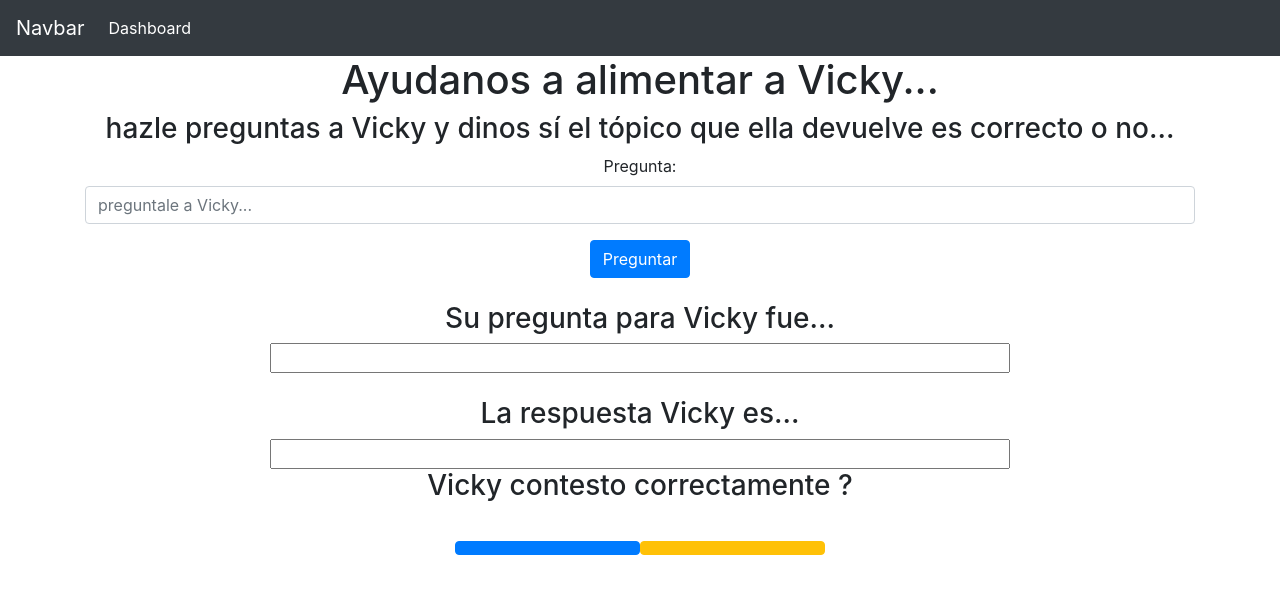
Repository: Crixtiancub/feedback_Vicky
Page: vicky/templates/dashboard.html
These files come from the project's save history. The page is drawn as it stood at one moment and after the next save; the edit follows.
The browser window is 1280 px wide. The pictures show the whole page.
The page is served by the project's application, run on Django 3.2 (manage.py). Other server files are loaded and not shown. The template is opened directly, without the code that normally fills it, so the values that code supplies are empty.

Above is the page before, as saved 2021-05-13 07:06:11.

### vicky/templates/dashboard.html
{% extends 'main.html' %}

{% block content %}

<div id="form_vicky" class="container text-center">

    <h1>Ayudanos a alimentar a Vicky...</h1>

    <h3>hazle {{ num_visits }} {%if num_visits == 1%} pregunta{% else %}
        preguntas{% endif %}  a Vicky y dinos sí el tópico que ella
        devuelve es correcto o no...</h3>

    <form id="preguntar_Vicky" action="{% url 'home' %}" method="POST">
        {% csrf_token%}

        <div class="form-group">
            <label for="txt_pregunta_Vicky">Pregunta:</label><br>

            <input type="text" id="txt_pregunta_Vicky"
            name="pregunta_Vicky" v-model="pregunta" class="col-sm form-control"
            placeholder="preguntale a Vicky..." required>
        </div>

        <button id="preguntar" class="btn btn-primary" type="submit">Preguntar</button>
    </form>

    <br>

    <div id="Vicky_Respuesta">

        <form action="{% url 'home' %}" method="POST">
            {% csrf_token%}

            <h3>Su pregunta para Vicky fue...</h3>
            <input type="text" aling="center" class="col-sm-8"
            readonly name="retorno_Pregunta" value="{{ pregunta }}" >
            <br>
            <br>

            <h3>La respuesta Vicky es...</h3>
            <input type="text" aling="center" class="col-sm-8"
            readonly name="retorno_Respuesta" value="{{ respuesta }}">
            <br>

            <h3>Vicky contesto correctamente ?</h3>
            <br>

            <button type="submit" class="col-sm-2 btn btn-primary"
            id="responder_Si" value="Si" name="Si">
            <button type="submit" class="col-sm-2 btn btn-warning"
            id="responder_No" value="No" name="No">
        </form>

    </div>

</div>

<script>

    function Hide() {
        if(document.getElementById("Vicky_Respuesta").style.display) {
            document.getElementById("Vicky_Respuesta").style.display = "none";
        } else {
            document.getElementById("Vicky_Respuesta").style.display = "";
        }
    }

    window.onload = function() {
        document.getElementById("Vicky_Respuesta").onchange = Hide;
    };

</script>

{% endblock %}

### vicky/templates/main.html
<!DOCTYPE html>
 <!-- Latest compiled and minified CSS -->
 <link rel="stylesheet" href="https://maxcdn.bootstrapcdn.com/bootstrap/4.5.2/css/bootstrap.min.css">

 <!-- jQuery library -->
 <script src="https://ajax.googleapis.com/ajax/libs/jquery/3.5.1/jquery.min.js"></script>

 <!-- Popper JS -->
 <script src="https://cdnjs.cloudflare.com/ajax/libs/popper.js/1.16.0/umd/popper.min.js"></script>

 <!-- Latest compiled JavaScript -->
 <script src="https://maxcdn.bootstrapcdn.com/bootstrap/4.5.2/js/bootstrap.min.js"></script>

<!-- versión de desarrollo, incluye advertencias de ayuda en la consola -->
<script src="https://unpkg.com/vue"></script>

<html>
    <head>
        <title>
            Prueba1
        </title>
    </head>
    <body>
        {% include 'navbar.html' %}

        {% block content %}

        {% endblock %}
    </body>
</html>

### vicky/templates/navbar.html
 <nav class="navbar navbar-expand-lg navbar-dark bg-dark">
    <a class="navbar-brand" href="#">Navbar</a>
    <button class="navbar-toggler" type="button" data-toggle="collapse" data-target="#navbarSupportedContent" aria-controls="navbarSupportedContent" aria-expanded="false" aria-label="Toggle navigation">
      <span class="navbar-toggler-icon"></span>
    </button>

    <div class="collapse navbar-collapse" id="navbarSupportedContent">
      <ul class="navbar-nav mr-auto">
        <li class="nav-item active">
          <a class="nav-link" href="{% url 'home' %}" disabled="true">Dashboard</a>
        </li>
        <!-- <li class="nav-item dropdown">
          <a class="nav-link dropdown-toggle" href="#" id="navbarDropdown" role="button" data-toggle="dropdown" aria-haspopup="true" aria-expanded="false">
            Dropdown
          </a>
          <div class="dropdown-menu" aria-labelledby="navbarDropdown">
            <a class="dropdown-item" href="#">Action</a>
            <a class="dropdown-item" href="#">Another action</a>
            <div class="dropdown-divider"></div>
            <a class="dropdown-item" href="#">Something else here</a>
          </div>
        </li>
        <li class="nav-item">
          <a class="nav-link disabled" href="#">Disabled</a>
        </li>
      </ul>
      <form class="form-inline my-2 my-lg-0">
        <input class="form-control mr-sm-2" type="search" placeholder="Search" aria-label="Search">
        <button class="btn btn-outline-success my-2 my-sm-0" type="submit">Search</button>
      </form> -->
    </div>
  </nav>

### prueba_Vicky/urls.py
"""prueba_Vicky URL Configuration

The `urlpatterns` list routes URLs to views. For more information please see:
    https://docs.djangoproject.com/en/3.2/topics/http/urls/
Examples:
Function views
    1. Add an import:  from my_app import views
    2. Add a URL to urlpatterns:  path('', views.home, name='home')
Class-based views
    1. Add an import:  from other_app.views import Home
    2. Add a URL to urlpatterns:  path('', Home.as_view(), name='home')
Including another URLconf
    1. Import the include() function: from django.urls import include, path
    2. Add a URL to urlpatterns:  path('blog/', include('blog.urls'))
"""
from django.contrib import admin
from django.urls import path, include

urlpatterns = [
    path('admin/', admin.site.urls),
    path('', include('vicky.urls'))
]

### vicky/urls.py
from django.urls import path
from . import views


# Direccionamiento de las paginas
urlpatterns = [
    path(r'', views.home, name='home'),
    path(r'noVisitas/', views.noVisitas, name="noVisitas"),
    path(r'respuesta_Vicky/', views.respuesta_Vicky, name='respuesta_Vicky')
]

After the next save:
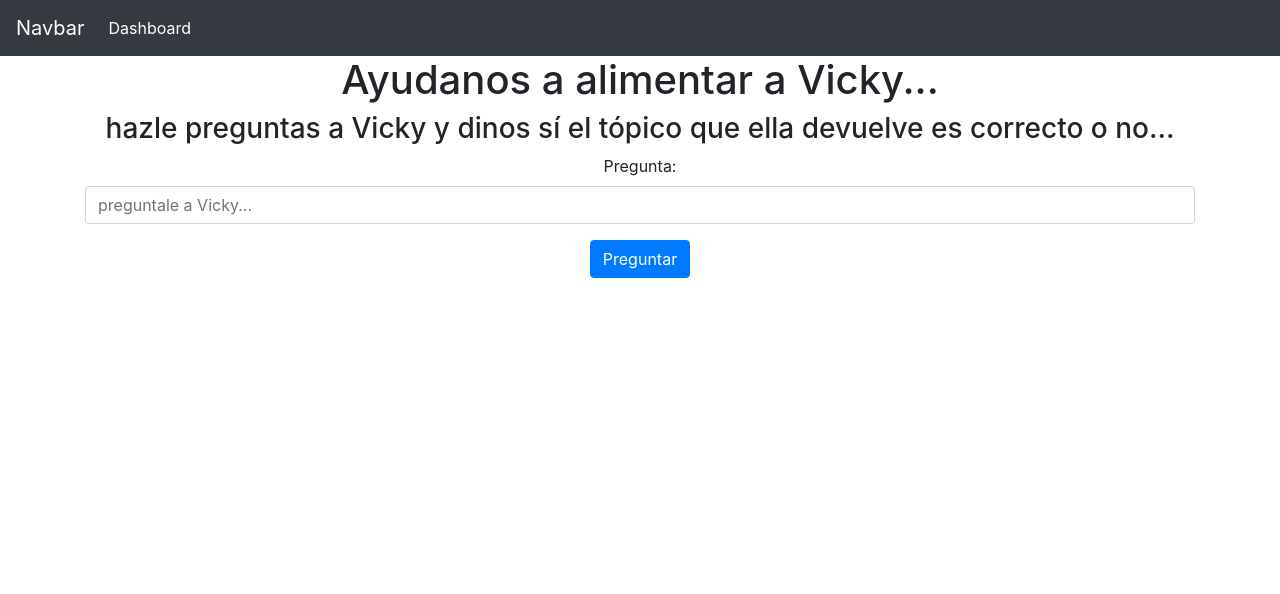
Saved 14 s later.
--- a/vicky/templates/dashboard.html
+++ b/vicky/templates/dashboard.html
@@ -26,7 +26,7 @@
 
     <br>
 
-    <div id="Vicky_Respuesta">
+    <div id="Vicky_Respuesta" style="display: none;">
 
         <form action="{% url 'home' %}" method="POST">
             {% csrf_token%}

After the save that followed:
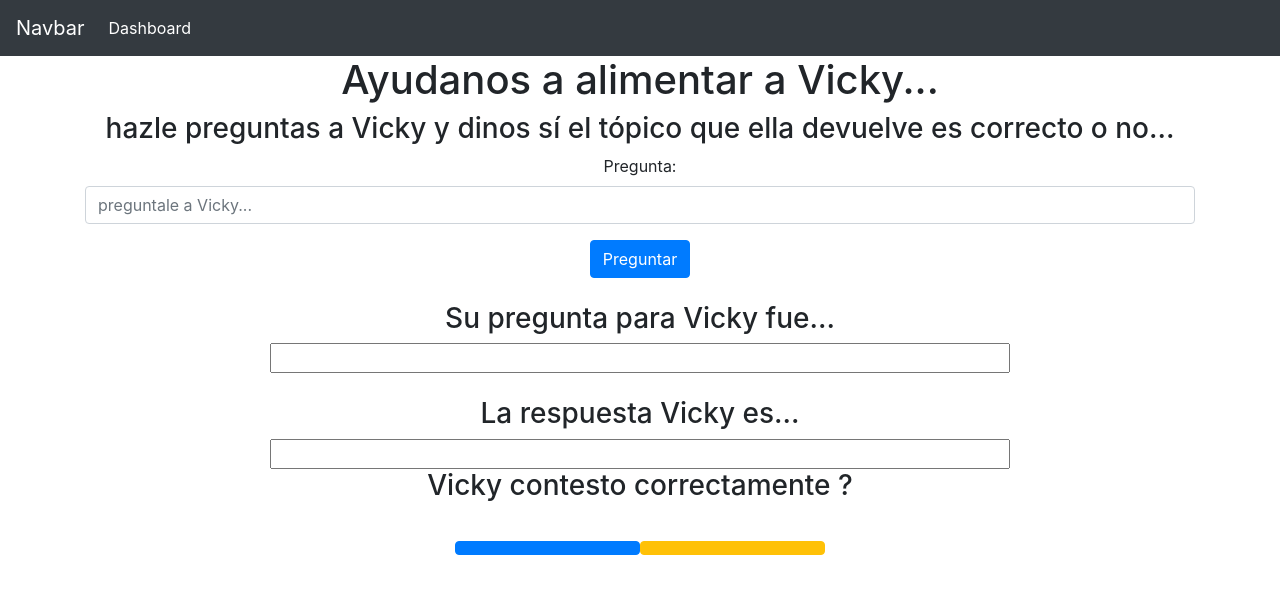
Saved 48 s later.
--- a/vicky/templates/dashboard.html
+++ b/vicky/templates/dashboard.html
@@ -26,7 +26,7 @@
 
     <br>
 
-    <div id="Vicky_Respuesta" style="display: none;">
+    <div id="Vicky_Respuesta" style="display: '';">
 
         <form action="{% url 'home' %}" method="POST">
             {% csrf_token%}
